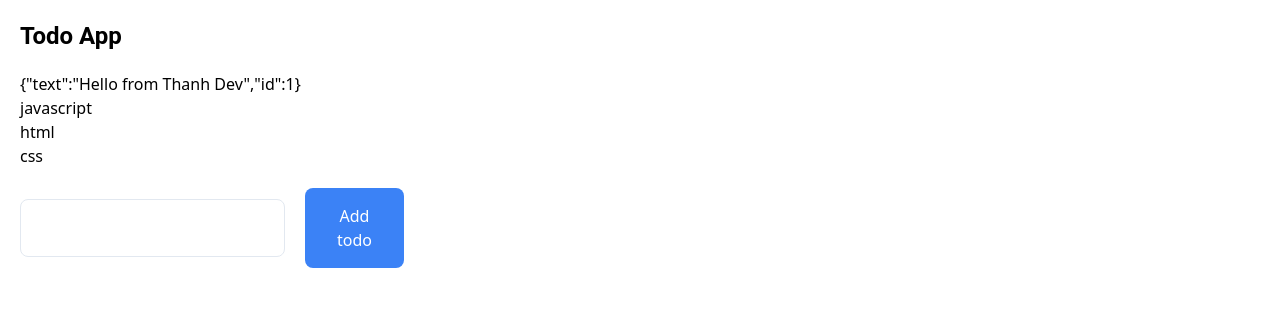
Repository: vophuocthanh/react-typescript
Page: /
An editor plug-in stored every save of this project. The page is shown before and after the next save, followed by the edit.
The browser window is 1280 px wide. The pictures show the whole page.
The project was rebuilt for these pictures with package versions that can differ from the ones it lists, and the page was loaded fresh each time. Also part of the build but not shown: vite.config.ts.

Above is the page before, as saved 2023-04-06 21:27:22.

### src/App.tsx
import React, { useEffect, useReducer, useRef, useState } from "react";
const Heading = ({ title }: { title: string }) => {
  return <h2 className="mb-5 text-2xl font-bold font-primary">{title}</h2>;
};
type ActionType =
  | { type: "ADD"; text: string }
  | { type: "REMOVE"; id: number };
interface Todo {
  id: number;
  text: string;
}
const todoReducer = (state: Todo[], action: ActionType) => {
  switch (action.type) {
    case "ADD":
      return [
        ...state,
        {
          id: state.length,
          text: action.text,
        },
      ];
    case "REMOVE":
      return state.filter((todo: Todo) => todo.id !== action.id);
    default:
      throw new Error("");
  }
};
const initialState: Todo[] = [];
interface Data {
  text: string;
  id: number;
}
const App = () => {
  const [todos, dispatch] = useReducer(todoReducer, initialState);
  const inputRef = useRef<HTMLInputElement>(null);
  const onRemoveTodo = (todoId: number) => {
    dispatch({
      type: "REMOVE",
      id: todoId,
    });
  };
  const onAddTodo = () => {
    if (inputRef.current) {
      dispatch({
        type: "ADD",
        text: inputRef.current.value,
      });
      inputRef.current.value = "";
    }
  };
  const [data, setData] = useState<Data | null>(null);
  useEffect(() => {
    fetch("data.json")
      .then((res) => res.json())
      .then((result) => {
        setData(result);
      });
  }, []);
  return (
    <div>
      <Heading title="Todo App"></Heading>
      {JSON.stringify(data)}
      <List items={["javascript", "html", "css"]}></List>
      <div className="max-w-sm">
        <div className="flex flex-col mb-5 gap-y-5">
          {todos.map((todo) => (
            <div className="flex items-center gap-x-3" key={todo.id}>
              <span>{todo.text}</span>
              <button
                onClick={() => onRemoveTodo(todo.id)}
                className="p-2 text-sm font-medium text-white bg-red-500 rounded-lg"
              >
                Remove
              </button>
            </div>
          ))}
        </div>
        <div className="flex items-center gap-x-5">
          <input
            type="text"
            className="p-4 border rounded-lg outline-none border-slate-200"
            ref={inputRef}
          />
          <button
            onClick={onAddTodo}
            className="p-4 text-center text-white bg-blue-500 rounded-lg"
          >
            Add todo
          </button>
        </div>
      </div>
    </div>
  );
};

const List = ({ items }: { items: string[] }) => {
  return (
    <div>
      {items.map((item) => (
        <div key={item}>{item}</div>
      ))}
    </div>
  );
};

export default App;

### src/index.css
@tailwind base;
@tailwind components;
@tailwind utilities;
@layer base {
  body {
    @apply p-5;
  }
}

### tailwind.config.js
/** @type {import('tailwindcss').Config} */
export default {
  content: ["./index.html", "./src/**/*.{js,ts,jsx,tsx}"],
  theme: {
    extend: {
      fontFamily: {
        primary: ["Roboto"],
      },
    },
  },
  plugins: [],
};

### public/data.json
{
  "text": "Hello from Thanh Dev",
  "id": 1
}

Loaded but not shown: index.html (common file); src/main.tsx (common file)

After the next save:
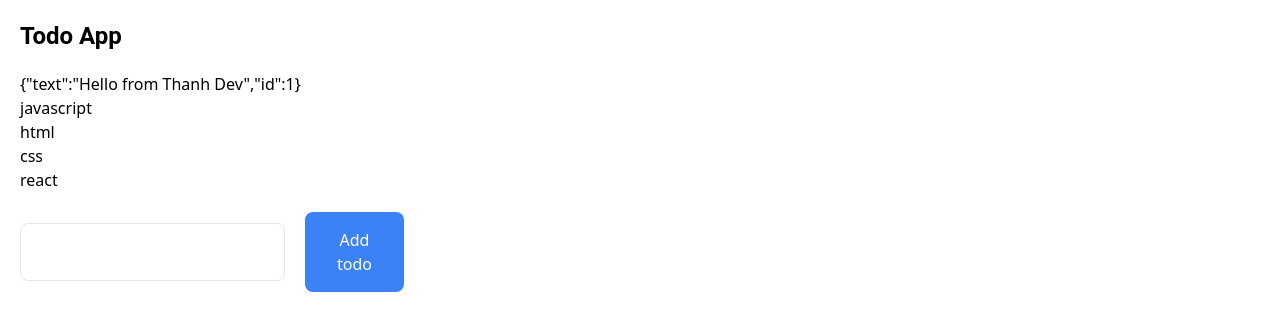
Saved 10 s later.
--- a/src/App.tsx
+++ b/src/App.tsx
@@ -60,7 +60,7 @@ const App = () => {
     <div>
       <Heading title="Todo App"></Heading>
       {JSON.stringify(data)}
-      <List items={["javascript", "html", "css"]}></List>
+      <List items={["javascript", "html", "css", "react"]}></List>
       <div className="max-w-sm">
         <div className="flex flex-col mb-5 gap-y-5">
           {todos.map((todo) => (
